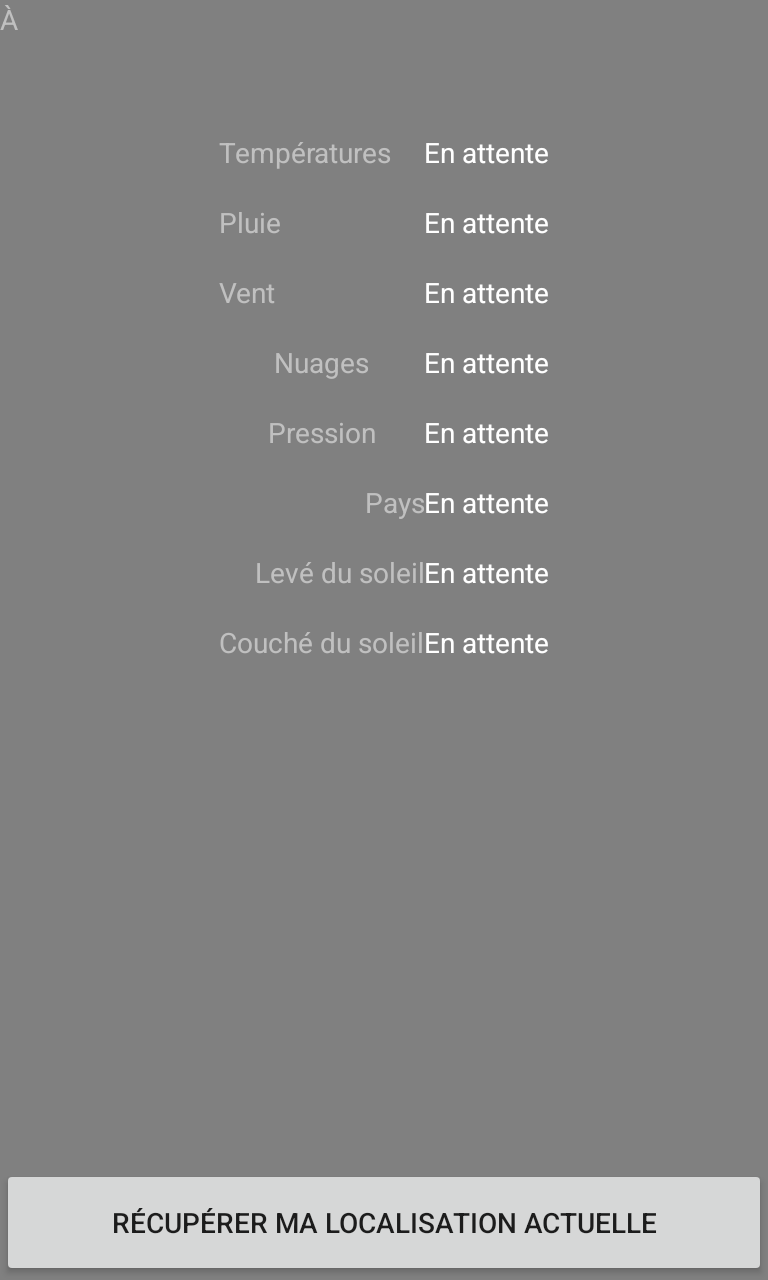
Repository: cpluuuusplus/WhoWantsKitKat
Layout: AppliPlus/res/layout/activity_meteo_principale.xml
These files come from the project's save history. The layout is drawn as it stood at one moment and after the next save; the edit follows.
It is drawn on a 768 x 1280 px phone screen (xhdpi) without system bars, with theme Theme.AppCompat.Light; the app's code is not run.

Above is the layout before, as saved 2014-05-12 14:12:08.

After the next save:
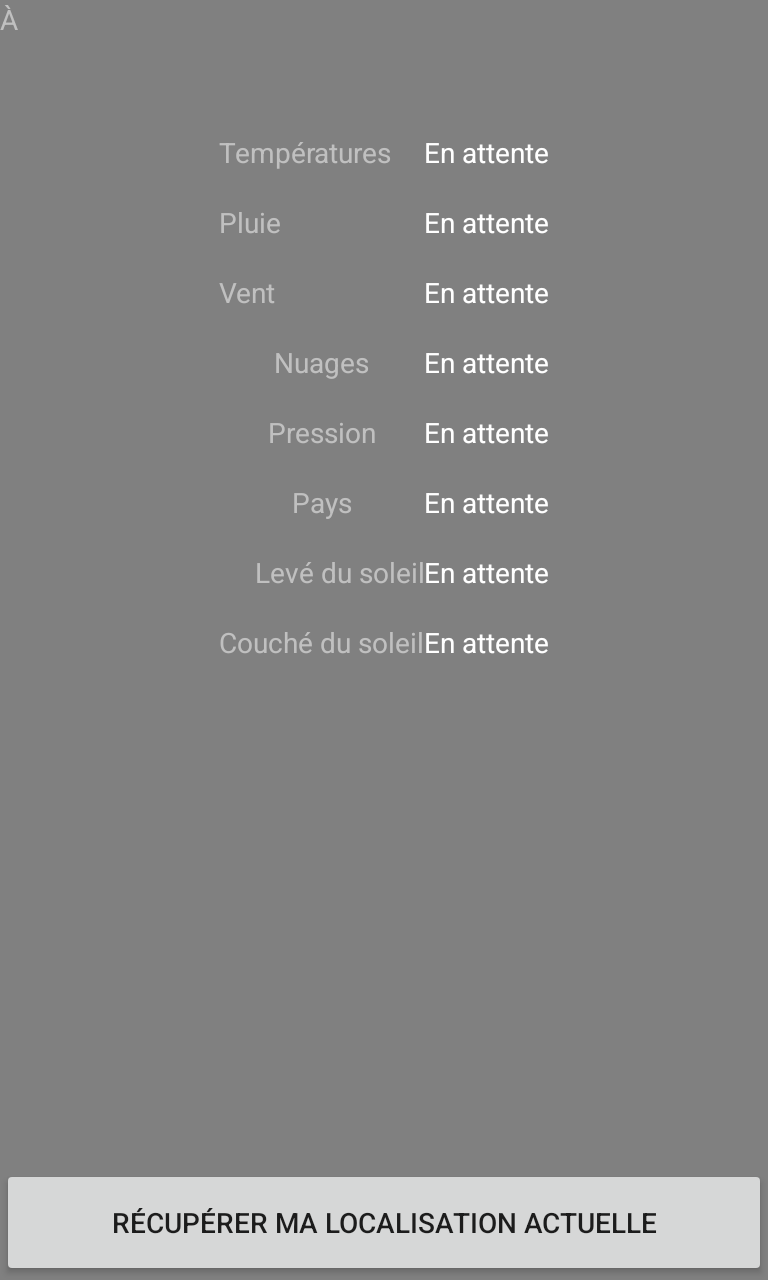
Saved 6 s later.
--- a/AppliPlus/res/layout/activity_meteo_principale.xml
+++ b/AppliPlus/res/layout/activity_meteo_principale.xml
@@ -151,7 +151,7 @@
             <TextView
                 android:id="@+id/desc_pressure"
                 android:layout_width="fill_parent"
-                                android:gravity="center_horizontal"
+                android:gravity="center_horizontal"
                 android:text="@string/desc_pressure"
                 android:textColor="@color/silver" />
 
@@ -174,7 +174,7 @@
 
             <TextView
                 android:id="@+id/desc_country"
-                android:gravity="right"
+                android:gravity="center_horizontal"
                 android:text="@string/desc_country"
                 android:textColor="@color/silver" />
 
